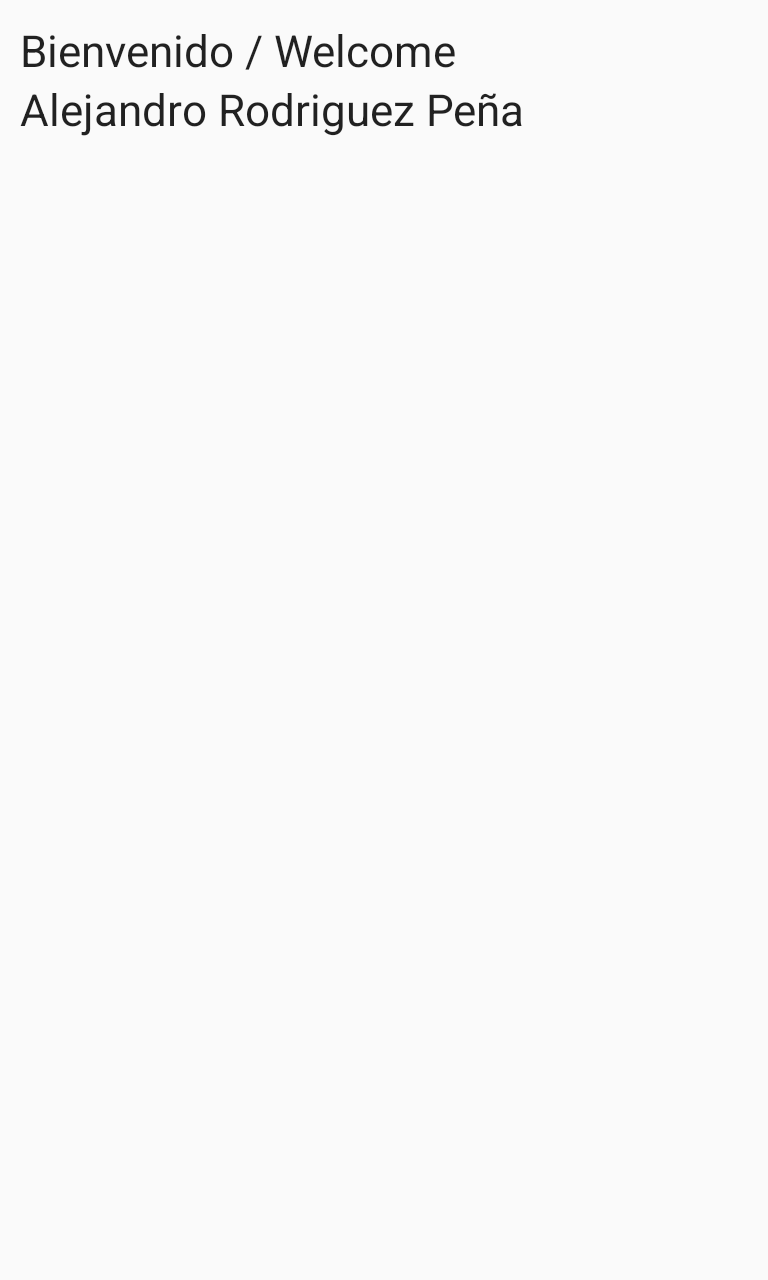
Repository: arodriguezp2003/aqandroid
Layout: Prueba/res/layout/alerta_exitosa.xml
An editor plug-in stored every save of this project. The layout is shown before and after the next save, followed by the edit.
It is drawn on a 768 x 1280 px phone screen (xhdpi) without system bars, with theme AppTheme; the app's code is not run.

Above is the layout before, as saved 2014-07-09 19:14:18.

### Prueba/res/layout/alerta_exitosa.xml
<?xml version="1.0" encoding="utf-8"?>
<LinearLayout xmlns:android="http://schemas.android.com/apk/res/android"
    android:layout_width="match_parent"
    android:layout_height="match_parent"
    android:orientation="vertical"
    android:padding="10dp"
    android:id="@+id/alerta_exitosa">

    <TextView
        android:id="@+id/ae_welcome"
        android:layout_width="fill_parent"
        android:layout_height="wrap_content"
        android:text="Bienvenido / Welcome"
        android:textAppearance="?android:attr/textAppearanceLarge" />

    <TextView
        android:id="@+id/aeName"
        android:layout_width="wrap_content"
        android:layout_height="wrap_content"
        android:text="Alejandro Rodriguez Peña"
        android:textAppearance="?android:attr/textAppearanceLarge" />

</LinearLayout>

Loaded but not shown: Prueba/res/values/styles.xml (common file); Prueba/res/values-v11/styles.xml (common file); Prueba/res/values-v14/styles.xml (common file)

After the next save:
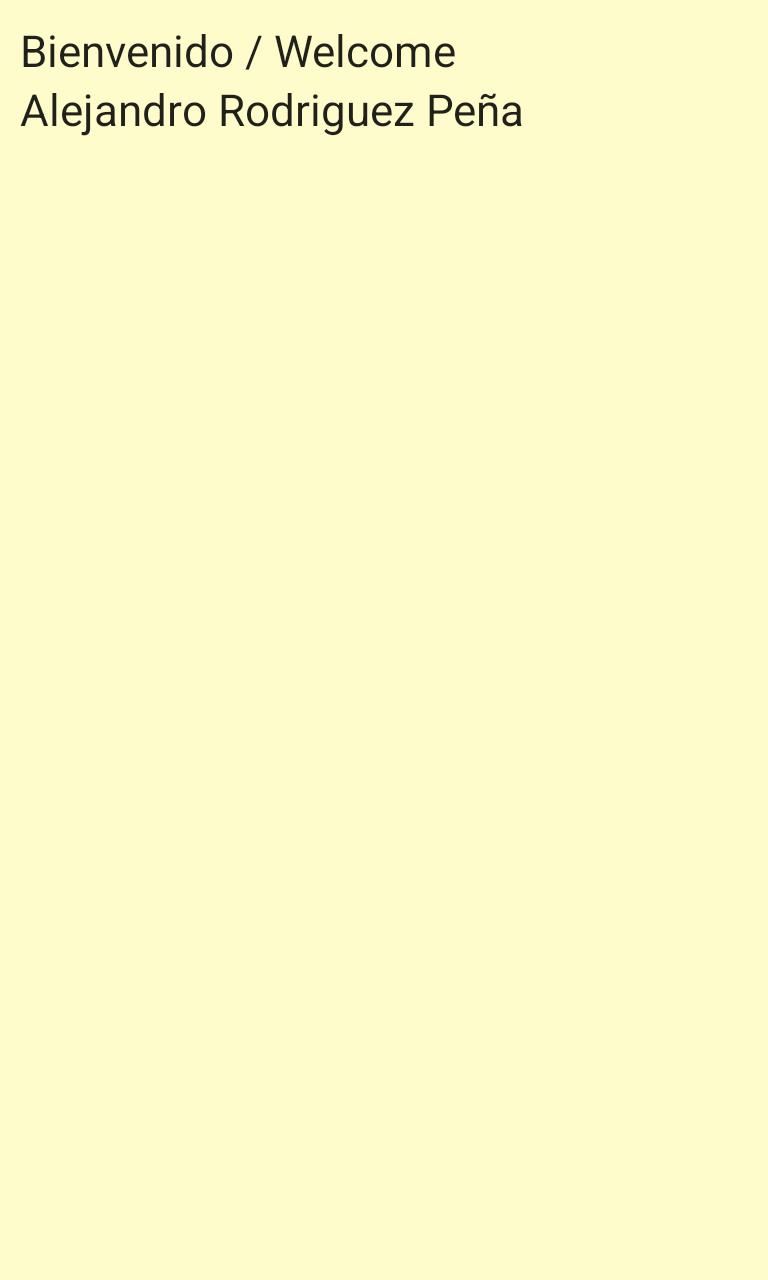
Saved 55 s later.
--- a/Prueba/res/layout/alerta_exitosa.xml
+++ b/Prueba/res/layout/alerta_exitosa.xml
@@ -1,8 +1,9 @@
 <?xml version="1.0" encoding="utf-8"?>
 <LinearLayout xmlns:android="http://schemas.android.com/apk/res/android"
-    android:layout_width="match_parent"
-    android:layout_height="match_parent"
+    android:layout_width="140dp"
+    android:layout_height="140dp"
     android:orientation="vertical"
+    android:background="#FFFCCC"
     android:padding="10dp"
     android:id="@+id/alerta_exitosa">
 
